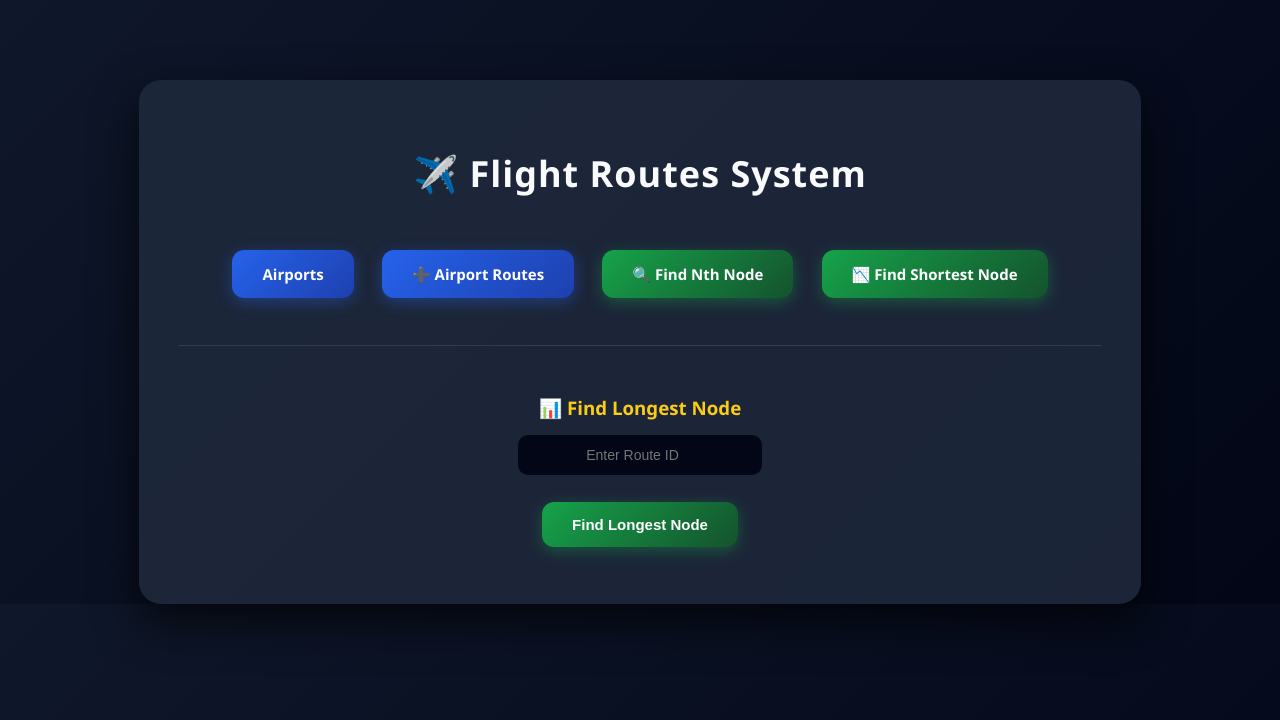
Repository: SNEHASURESH003/flight_system
Page: http://localhost/
An editor plug-in stored every save of this project. The page is shown before and after the next save, followed by the edit.
The browser window is 1280 px wide. The pictures show the whole page.
The page is served by the project's application, run on Django 5.2 (manage.py).

Above is the page before, as saved 2026-01-20 00:41:22.

After the next save:
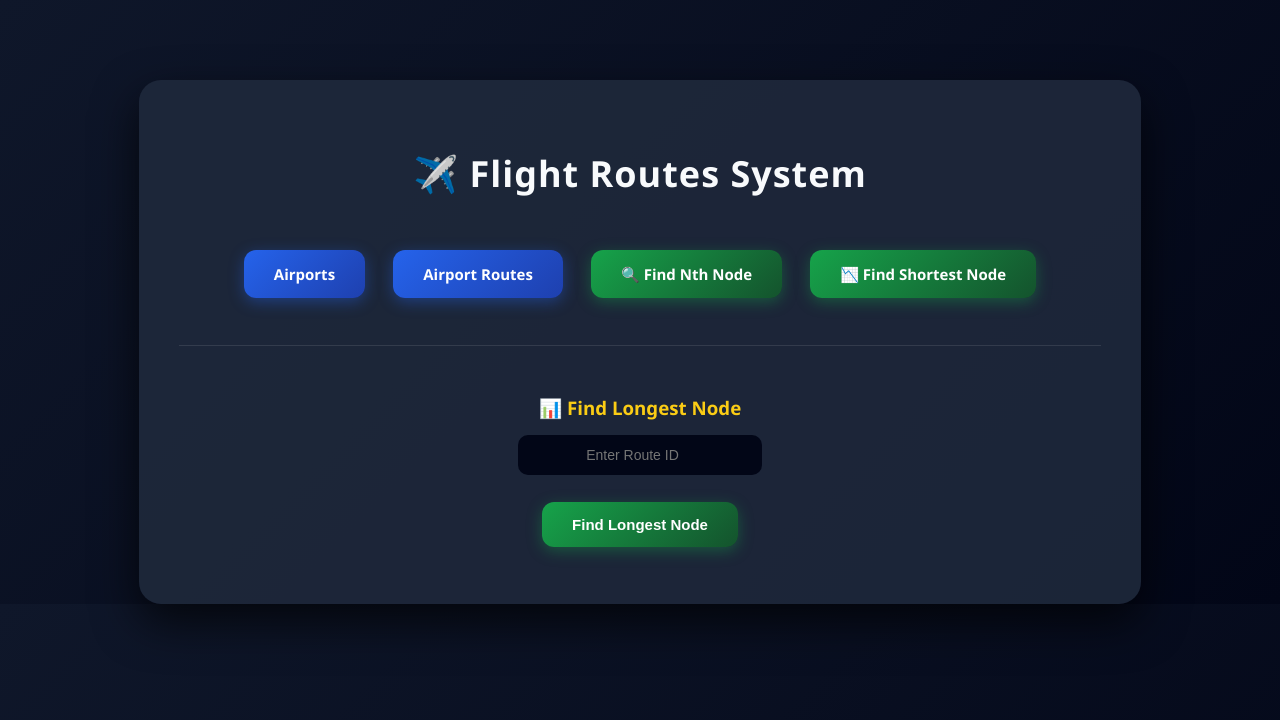
Saved 13 s later.
--- a/airport/airport_route/templates/dashboard.html
+++ b/airport/airport_route/templates/dashboard.html
@@ -106,7 +106,7 @@
         <h1>✈️ Flight Routes System</h1>
 
         <a href="{% url 'list_airports' %}" class="btn">Airports</a>
-        <a href="{% url 'list_routes' %}" class="btn">➕ Airport Routes</a>
+        <a href="{% url 'list_routes' %}" class="btn"> Airport Routes</a>
         <a href="{% url 'find_nth' %}" class="btn secondary">🔍 Find Nth Node</a>
         <a href="{% url 'shortest_between' %}" class="btn secondary">📉 Find Shortest Node</a>
 
